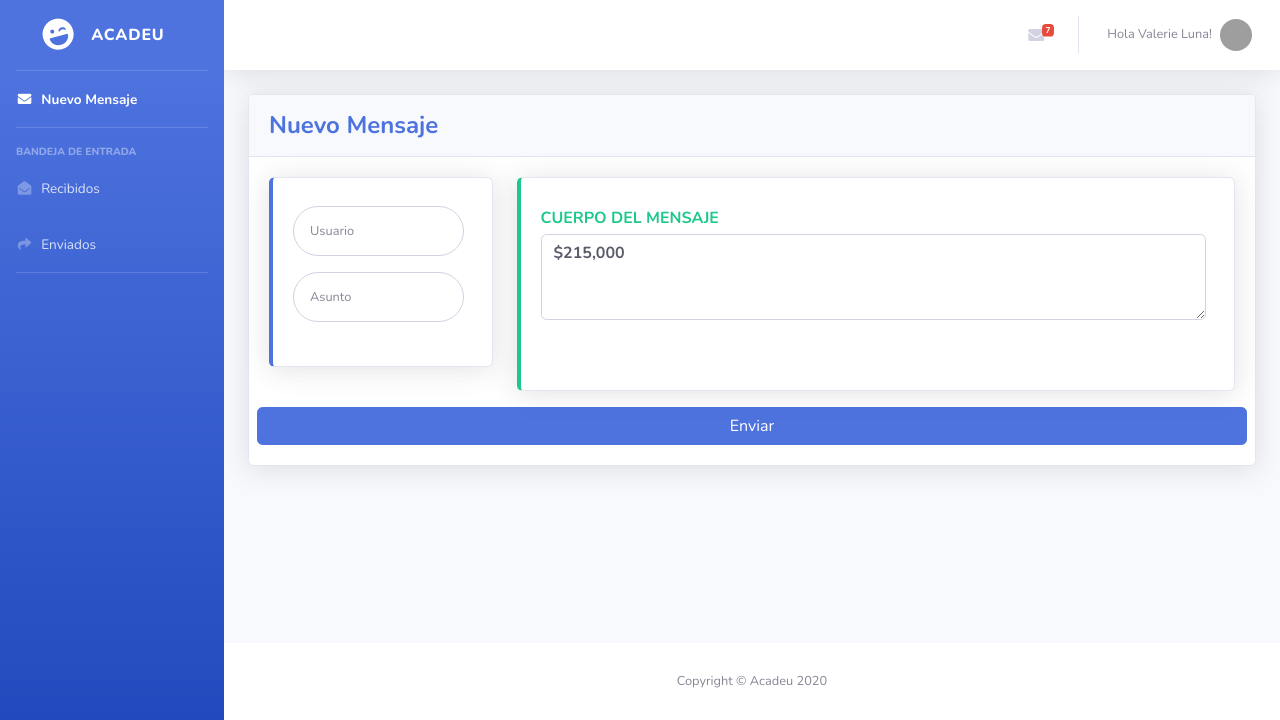
Repository: nicolask92/spring_java_test
Page: http://localhost/nuevo-mensaje
An editor plug-in stored every save of this project. The page is shown before and after the next save, followed by the edit.
The browser window is 1280 px wide. The pictures show the whole page.
Pictures or frames that could not be fetched are drawn as grey boxes. The page is this project's Thymeleaf template; nobody is signed in. Other server files are loaded and not shown. The template is opened directly, without the code that normally fills it, so the values that code supplies are empty.

Above is the page before, as saved 2020-06-13 21:55:15.

### spring-tutorial/src/main/resources/templates/nuevo-mensaje.html
<!DOCTYPE html>
<html xmlns:th="http://www.thymleaf.org">
<head>
<meta charset="utf-8" />
<meta http-equiv="X-UA-Compatible" content="IE=edge" />
<meta name="viewport"
	content="width=device-width, initial-scale=1, shrink-to-fit=no" />
<meta name="description" content="" />
<meta name="author" content="Nicolas Kloster" />

<title>Nuevo Mensaje</title>

<!-- Custom fonts for this template-->
<link th:href="@{/vendor/fontawesome-free/css/all.min.css}"
	rel="stylesheet" type="text/css" />
<link
	href="https://fonts.googleapis.com/css?family=Nunito:200,200i,300,300i,400,400i,600,600i,700,700i,800,800i,900,900i"
	rel="stylesheet" />

<!-- Custom styles for this template-->
<link th:href="@{/css/sb-admin-2.min.css}" rel="stylesheet" />

<!-- Custom styles for this page -->
<link th:href="@{/vendor/datatables/dataTables.bootstrap4.min.css}"
	rel="stylesheet">
</head>
<body id="page-top">

	<!-- Page Wrapper -->
	<div id="wrapper">

		<!-- Sidebar -->
		<ul
			class="navbar-nav bg-gradient-primary sidebar sidebar-dark accordion"
			id="accordionSidebar">

			<!-- Sidebar - Brand -->
			<a
				class="sidebar-brand d-flex align-items-center justify-content-center"
				href="index.html">
				<div class="sidebar-brand-icon rotate-n-15">
					<i class="fas fa-laugh-wink"></i>
				</div>
				<div class="sidebar-brand-text mx-3">Acadeu</div>
			</a>

			<!-- Divider -->
			<hr class="sidebar-divider my-0">

			<!-- Nuevo Mensaje-->
			<li class="nav-item active"><a class="nav-link"
				th:href="@{/nuevo_mensaje}"> <i class="fas fa-fw fa-envelope"></i>
					<span>Nuevo Mensaje</span>
			</a></li>

			<!-- Divider -->
			<hr class="sidebar-divider">

			<!-- Titulo Mensajes Barra Lateral -->
			<div class="sidebar-heading">Bandeja de Entrada</div>

			<!-- Recibidos y Enviados -->
			<li class="nav-item"><a class="nav-link" th:href="@{/index}">
					<i class="fas fa-fw fa-envelope-open"></i> <span>Recibidos</span>
			</a></li>


			<li class="nav-item"><a class="nav-link collapsed"
				th:href="@{/enviados}"> <i class="fas fa-fw fa-share"></i> <span>Enviados</span>
			</a></li>

			<!-- Divider -->
			<hr class="sidebar-divider">


		</ul>
		<!-- End of Sidebar -->

		<!-- Content Wrapper -->
		<div id="content-wrapper" class="d-flex flex-column">

			<!-- Main Content -->
			<div id="content">

				<!-- Topbar -->
				<nav
					class="navbar navbar-expand navbar-light bg-white topbar mb-4 static-top shadow">

					<!-- Sidebar Toggle (Topbar) -->
					<button id="sidebarToggleTop"
						class="btn btn-link d-md-none rounded-circle mr-3">
						<i class="fa fa-bars"></i>
					</button>


					<!-- Topbar Navbar -->
					<ul class="navbar-nav ml-auto">


						<!-- Alertas Mensajes-->

						<li class="nav-item dropdown no-arrow mx-1"><a
							class="nav-link dropdown-toggle" href="#" id="messagesDropdown"
							role="button" data-toggle="dropdown" aria-haspopup="true"
							aria-expanded="false"> <i class="fas fa-envelope fa-fw"></i>
								<!-- Counter - Messages --> <span
								class="badge badge-danger badge-counter">7</span>
						</a> <!-- Dropdown - Messages -->
							<div
								class="dropdown-list dropdown-menu dropdown-menu-right shadow animated--grow-in"
								aria-labelledby="messagesDropdown">
								<h6 class="dropdown-header">Message Center</h6>
								<a class="dropdown-item d-flex align-items-center" href="#">
									<div class="dropdown-list-image mr-3">
										<img class="rounded-circle"
											src="https://source.unsplash.com/fn_BT9fwg_E/60x60" alt="">
										<div class="status-indicator bg-success"></div>
									</div>
									<div class="font-weight-bold">
										<div class="text-truncate">Hi there! I am wondering if
											you can help me with a problem I've been having.</div>
										<div class="small text-gray-500">Emily Fowler · 58m</div>
									</div>
								</a> <a class="dropdown-item d-flex align-items-center" href="#">
									<div class="dropdown-list-image mr-3">
										<img class="rounded-circle"
											src="https://source.unsplash.com/AU4VPcFN4LE/60x60" alt="">
										<div class="status-indicator"></div>
									</div>
									<div>
										<div class="text-truncate">I have the photos that you
											ordered last month, how would you like them sent to you?</div>
										<div class="small text-gray-500">Jae Chun · 1d</div>
									</div>
								</a> <a class="dropdown-item d-flex align-items-center" href="#">
									<div class="dropdown-list-image mr-3">
										<img class="rounded-circle"
											src="https://source.unsplash.com/CS2uCrpNzJY/60x60" alt="">
										<div class="status-indicator bg-warning"></div>
									</div>
									<div>
										<div class="text-truncate">Last month's report looks
											great, I am very happy with the progress so far, keep up the
											good work!</div>
										<div class="small text-gray-500">Morgan Alvarez · 2d</div>
									</div>
								</a> <a class="dropdown-item d-flex align-items-center" href="#">
									<div class="dropdown-list-image mr-3">
										<img class="rounded-circle"
											src="https://source.unsplash.com/Mv9hjnEUHR4/60x60" alt="">
										<div class="status-indicator bg-success"></div>
									</div>
									<div>
										<div class="text-truncate">Am I a good boy? The reason I
											ask is because someone told me that people say this to all
											dogs, even if they aren't good...</div>
										<div class="small text-gray-500">Chicken the Dog · 2w</div>
									</div>
								</a> <a class="dropdown-item text-center small text-gray-500"
									href="#">Read More Messages</a>
							</div></li>

						<div class="topbar-divider d-none d-sm-block"></div>

						<!-- Nav Item - Informacion de Usuario -->
						<li class="nav-item dropdown no-arrow"><a
							class="nav-link dropdown-toggle" href="#" id="userDropdown"
							role="button" data-toggle="dropdown" aria-haspopup="true"
							aria-expanded="false"> <span
								class="mr-2 d-none d-lg-inline text-gray-600 small">Hola
									Valerie Luna!</span> <img class="img-profile rounded-circle"
								src="https://source.unsplash.com/QAB-WJcbgJk/60x60">
						</a> <!-- Dropdown - Logout y Perfil -->
							<div
								class="dropdown-menu dropdown-menu-right shadow animated--grow-in"
								aria-labelledby="userDropdown">
								<a class="dropdown-item" href="#"> <i
									class="fas fa-user fa-sm fa-fw mr-2 text-gray-400"></i> Perfil
								</a>
								<div class="dropdown-divider"></div>
								<a class="dropdown-item" href="#" data-toggle="modal"
									data-target="#logoutModal"> <i
									class="fas fa-sign-out-alt fa-sm fa-fw mr-2 text-gray-400"></i>
									Cerrar Sesion
								</a>
							</div></li>

					</ul>

				</nav>
				<!-- Termina la barra superior -->

				<!-- Begin Page Content -->
				<div class="container-fluid">



					<!-- Mensajes -->
					<div class="card shadow mb-4">
						<div class="card-header py-3">
							<h6 class="m-0 h4 font-weight-bold text-primary">Nuevo
								Mensaje</h6>
						</div>

						<div class="card-body">
							<div class="row">
								<!-- Asunto y Usuario a Enviar -->
								<div class="col-xl-3 col-md-6 mb-4">
									<div class="card border-left-primary shadow h-100 py-2">
										<div class="card-body">
											<div class="row no-gutters align-items-center">
												<div class="col mr-2">
													<form class="user">
														<div class="form-group">
															<input required type="text"
																class="form-control form-control-user"
																id="exampleInputEmail" aria-describedby="emailHelp"
																placeholder="Usuario">
														</div>
														<div class="form-group">
															<input required type="text"
																class="form-control form-control-user"
																id="exampleInputPassword" placeholder="Asunto">
														</div>
												</div>
											</div>
										</div>
									</div>
								</div>

								<!-- Cuerpo del mensaje -->
								<div class="col-xl-9 col-md-6 mb-8">
									<div class="card border-left-success shadow h-100 py-2">
										<div class="card-body">
											<div class="row no-gutters align-items-center">
												<div class="col mr-2">
													<div
														class="text-s font-weight-bold text-success text-uppercase mb-1">Cuerpo
														del Mensaje</div>
													<textarea
														class="form-control h6 mb-0 font-weight-bold text-gray-800"
														id="Textarea" rows="3">$215,000</textarea>
														</div>
												</form>
											</div>
										</div>
									</div>
								</div>
								<a href="index.html"
															class="btn mt-3 btn-primary btn-user btn-block"> Enviar </a>

							</div>
						</div>
					</div>

				</div>
				<!-- /.container-fluid -->

			</div>
			<!-- End of Main Content -->

			<!-- Footer -->
			<footer class="sticky-footer bg-white">
				<div class="container my-auto">
					<div class="copyright text-center my-auto">
						<span>Copyright &copy; Acadeu 2020</span>
					</div>
				</div>
			</footer>
			<!-- End of Footer -->

		</div>
		<!-- End of Content Wrapper -->

	</div>
	<!-- End of Page Wrapper -->

	<!-- Scroll to Top Button-->
	<a class="scroll-to-top rounded" href="#page-top"> <i
		class="fas fa-angle-up"></i>
	</a>



	<!-- Bootstrap core JavaScript-->
	<script th:src="@{/vendor/jquery/jquery.min.js}"></script>
	<script th:src="@{/vendor/bootstrap/js/bootstrap.bundle.min.js}"></script>

	<!-- Core plugin JavaScript-->
	<script th:src="@{/vendor/jquery-easing/jquery.easing.min.js}"></script>

	<!-- Custom scripts for all pages-->
	<script th:src="@{/js/sb-admin-2.min.js}"></script>

	<!-- Page level plugins -->
	<script th:src="@{/vendor/datatables/jquery.dataTables.min.js}"></script>
	<script th:src="@{/vendor/datatables/dataTables.bootstrap4.min.js}"></script>

	<!-- Page level custom scripts -->
	<script th:src="@{/js/demo/datatables-demo.js}"></script>

	<script>

	</script>

</body>
</html>

### spring-tutorial/src/main/resources/static/js/demo/datatables-demo.js
// Call the dataTables jQuery plugin
$(document).ready(function() {
  $('#dataTable').DataTable({
		"language": {
		      "url": "//cdn.datatables.net/plug-ins/1.10.15/i18n/Spanish.json"
		    }
  });
});

Loaded but not shown: spring-tutorial/src/main/resources/static/css/sb-admin-2.min.css (library); spring-tutorial/src/main/resources/static/js/sb-admin-2.min.js (common file)

After the next save:
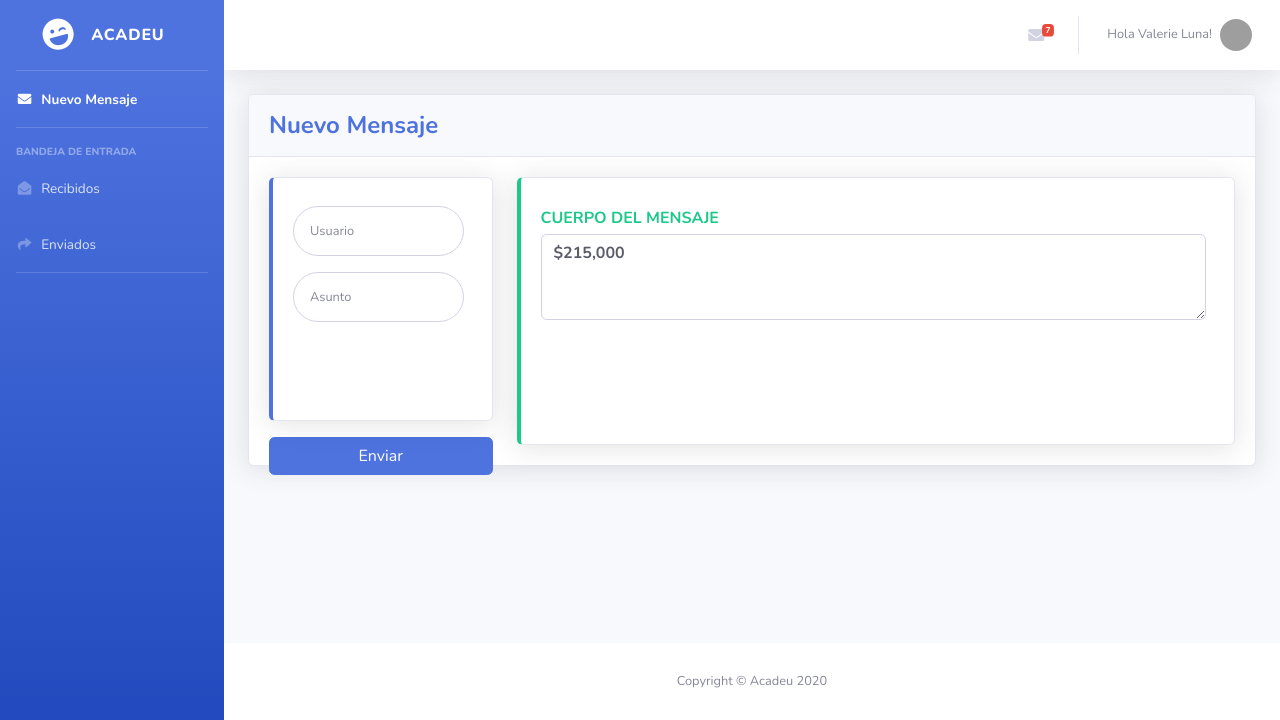
Saved 19 s later.
--- a/spring-tutorial/src/main/resources/templates/nuevo-mensaje.html
+++ b/spring-tutorial/src/main/resources/templates/nuevo-mensaje.html
@@ -226,6 +226,9 @@
 											</div>
 										</div>
 									</div>
+									<a href="index.html"
+															class="btn mt-3 btn-primary btn-user btn-block"> Enviar </a>
+
 								</div>
 
 								<!-- Cuerpo del mensaje -->
@@ -246,9 +249,6 @@
 										</div>
 									</div>
 								</div>
-								<a href="index.html"
-															class="btn mt-3 btn-primary btn-user btn-block"> Enviar </a>
-
 							</div>
 						</div>
 					</div>
